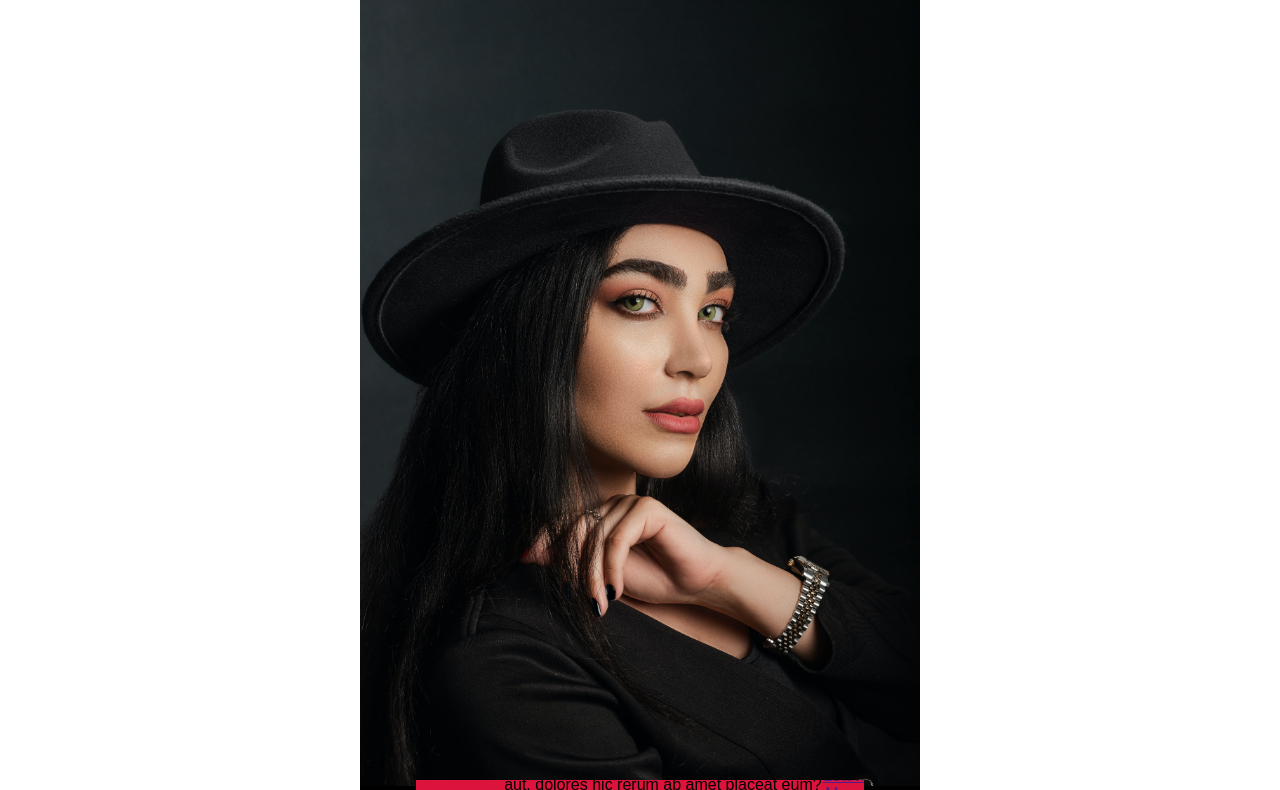
Repository: DevMike1993/100_Projects_HTML_CSS_JAVASCRIPT
Page: 07_Creative_Image_Hover_Effect/03_Effect/index.html
These files come from the project's save history. The page is drawn as it stood at one moment and after a run of saves; the edit follows.
The browser window is 1280 px wide. The pictures show the whole page.

Above is the page before, as saved 2023-11-30 12:39:18.

### 07_Creative_Image_Hover_Effect/03_Effect/index.html
<!DOCTYPE html>
<html lang="en">
<head>
    <meta charset="UTF-8">
    <meta name="viewport" content="width=device-width, initial-scale=1.0">
    <link rel="stylesheet" href="style.css">
    <title>Effect_03</title>
</head>
<body>
    <section class="card">
        <div class="img-containser">
            <img src="milad-shams-AxqT51VT8mw-unsplash.jpg" />
        </div>

        <section class="content">
            <h3>Card Title</h3>
            <p>Lorem ipsum dolor sit amet consectetur adipisicing elit. Vero culpa fugiat, earum sunt aut, dolores hic rerum ab amet placeat eum? Dolor excepturi aliquid libero nemo harum velit quasi quas?</p>
            <a href="">Learn More</a>
        </section>

    </section>


</body>
</html>

### 07_Creative_Image_Hover_Effect/03_Effect/style.css
body {
    background: rgb (23, 23, 23);
    height: 100vh;
    display: flex;
    justify-content: center;
    align-items: center;
    font-family: sans-serif;
}

.card {
    position: relative;
    width: 30rem;
    width: 35rem;
    background-color: black;
    box-shadow: 0px, 30px, 30px rgb(0, 0, 0, 0.5);
}

.content {
    position: absolute;
    bottom: 0px;
    width: 80%;
    height: 10px;
    background: crimson;
    left: 10%;
    text-align: center;
    transition: 0.5s;
    overflow: hidden;
    display: flex;
    justify-content: center;
    align-items: center;
}

h3 {
    font-size: 30px;
    text-transform: uppercase;
    margin: ;
}

img {
    width: 100%;
    height: 100%;
    object-fit: cover;
    transition: 1s;
}

After the next 4 saves:
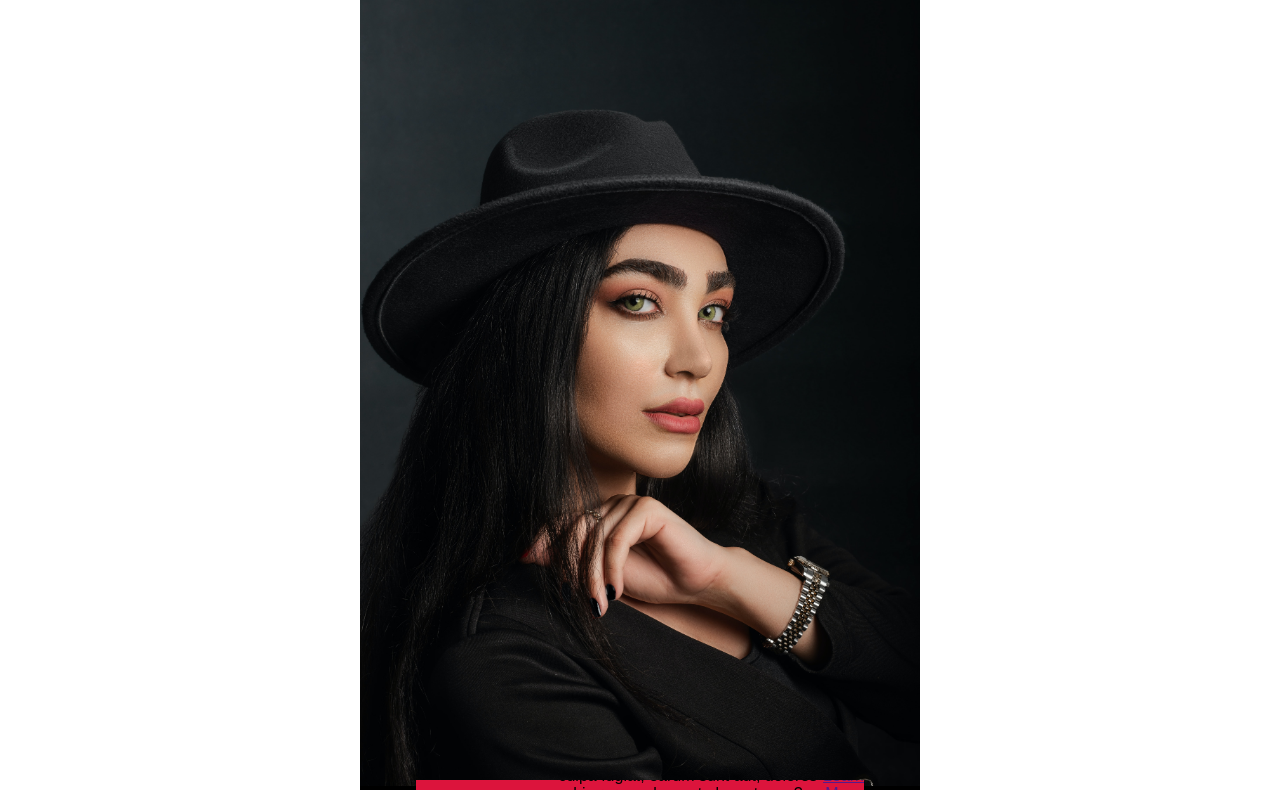
The 4 saves are shown as one change because they came seconds apart.
The last was saved 15 s later.
--- a/07_Creative_Image_Hover_Effect/03_Effect/style.css
+++ b/07_Creative_Image_Hover_Effect/03_Effect/style.css
@@ -33,7 +33,8 @@
 h3 {
     font-size: 30px;
     text-transform: uppercase;
-    margin: ;
+    margin: 25px;
+    color: #fff;
 }
 
 img {
